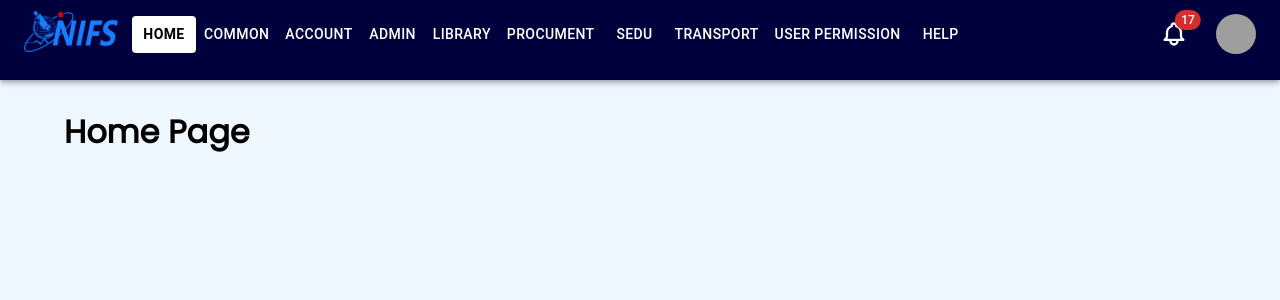
Repository: virangaj/NIFS-WebApp
Page: / (app in client/)
The author's editor kept a copy of each file at every save. The page is drawn from the files as they stood at one save, then again after a run of saves.
The browser window is 1280 px wide. The pictures show the whole page.
Pictures or frames that could not be fetched are drawn as grey boxes. The project was rebuilt for these pictures with package versions that can differ from the ones it lists, and the page was loaded fresh each time. Also part of the build but not shown: client/src/pages/Login.tsx, client/src/components/Transport/shared/TransportNavbar.js, client/src/pages/TransportMainPage.tsx, client/src/components/shared/SecondaryNavbar.tsx, client/src/pages/CommonMainPage.tsx, client/src/pages/AccountMainPage.tsx, client/src/pages/AdminMainPage.tsx, client/src/pages/LibraryMainPage.js and 16 more.

Above is the page before, as saved 2022-07-28 09:53:14.

### client/public/index.html
<!DOCTYPE html>
<html lang="en">
	<head>
		<meta charset="utf-8" />
		<link rel="icon" href="nifs_logo.png" />
		<meta name="viewport" content="width=device-width, initial-scale=1" />
		<meta name="theme-color" content="#000000" />
		<meta
			name="description"
			content="Web site created using create-react-app"
		/>
		<link rel="apple-touch-icon" href="%PUBLIC_URL%/logo192.png" />
		<!--
      manifest.json provides metadata used when your web app is installed on a
      user's mobile device or desktop. See https://developers.google.com/web/fundamentals/web-app-manifest/
    -->
		<link rel="manifest" href="%PUBLIC_URL%/manifest.json" />
		<!--
      Notice the use of %PUBLIC_URL% in the tags above.
      It will be replaced with the URL of the `public` folder during the build.
      Only files inside the `public` folder can be referenced from the HTML.

      Unlike "/favicon.ico" or "favicon.ico", "%PUBLIC_URL%/favicon.ico" will
      work correctly both with client-side routing and a non-root public URL.
      Learn how to configure a non-root public URL by running `npm run build`.
    -->
		<link
			href="https://fonts.googleapis.com/css?family=Poppins"
			rel="stylesheet"
		/>
		<title>NIFS Dashboard</title>
	</head>
	<body>
		<noscript>You need to enable JavaScript to run this app.</noscript>
		<div id="root"></div>
		<!--
      This HTML file is a template.
      If you open it directly in the browser, you will see an empty page.

      You can add webfonts, meta tags, or analytics to this file.
      The build step will place the bundled scripts into the <body> tag.

      To begin the development, run `npm start` or `yarn start`.
      To create a production bundle, use `npm run build` or `yarn build`.
    -->
	</body>
</html>

### client/src/index.css
* {
  margin: 0;
}

body {
  font-family: 'Poppins';
  -webkit-font-smoothing: antialiased;
  -moz-osx-font-smoothing: grayscale;
  background-color: aliceblue;
}

:root {
  --main-navbar-back: #00003c;
  --nav-title-section-back: rgba(4, 34, 80, 0.589);
  --white: #fff;
  --black: #000;
  --gray: rgba(68, 68, 68, 0.432);
  --border-radius: 10px;
  --pimary: rgb(10, 94, 133);
  --warning: #ed3d63;
}


.nav-logo {
  width: 100px;
  height: auto;
}

a {
  text-decoration: none;
}


/* main navbar */
.main-navbar {
  background-color: var(--main-navbar-back) !important;
  width: 100% !important;
  height: 80px !important;

}



/* secondary navbar */
.secondary-navbar {
  margin: auto;
}

.nav-flex-section {
  display: flex;
  justify-content: center;
}

.nav-flex-inside {
  margin-left: 5px;
  margin-left: 5px;
}

.nav-title {
  font-size: 15px;
  text-align: center;
  color: var(--white);
  font-weight: 600;

}

.nav-title-section {
  border-radius: var(--border-radius);
  background-color: var(--nav-title-section-back);
  box-shadow: rgba(100, 100, 111, 0.2) 0px 7px 29px 0px;
  pointer-events: none;
  margin-left: 10px;
  margin-left: 10px;
}

.nav-icon {
  font-size: 30px;
}

.nav-link {
  display: flex;
  flex-direction: column;
  align-items: center;
  font-size: 14px;
  margin-left: 10px;
  margin-left: 10px;
  border: none;
  box-shadow: rgba(100, 100, 111, 0.2) 0px 7px 29px 0px;
  padding: 4px 8px 6px 8px;
  margin-bottom: 10px;
  text-align: center;
  width: 125px;
  border-radius: var(--border-radius);
  background-color: var(--white);
  outline: none;
  height: 100px;

}

.nav-link:hover {
  color: var(--pimary);
  cursor: pointer;
  box-shadow: rgba(81, 146, 177, 0.2) 0px 7px 29px 0px;
  background-color: rgb(254, 255, 205);
  border-bottom: 2px solid var(--warning);

}


.nav-link:active {
  color: var(--pimary);
  cursor: pointer;
  box-shadow: rgba(81, 146, 177, 0.2) 0px 7px 29px 0px;
  background-color: rgb(205, 248, 255);
  border-bottom: 2px solid var(--warning);
}

.nav-link-active {
  color: var(--pimary);
  cursor: pointer;
  box-shadow: rgba(81, 146, 177, 0.2) 0px 7px 29px 0px;
  background-color: rgb(205, 248, 255);
  border-bottom: 2px solid var(--warning);
}

/* body content*/
.body-content {
  margin: auto;
  width: 90%;
  margin-top: 15vh;

}

/* main page content */
.main-content {
  width: 90%;
  margin: auto;
  margin-top: 20px;
}

/* sub page content */

.sub-body-content {
  border: 2px solid var(--gray);
  border-radius: var(--border-radius);
  padding: 10px;
}

.sub-body-title {
  font-size: 24px;
}



/* error page */
.error-page {
  border: 2px solid var(--gray);
  border-radius: var(--border-radius);
  height: 50vh;
  width: 50vw;
  margin: auto;
  margin-top: 50px;
}

.error-page-content {
  text-align: center;
  margin-top: 50px;
}

.error-page-content h1 {
  font-size: 100px;
  color: var(--warning);
  font-weight: 700;
  pointer-events: none;

}

.error-page-content p {
  font-size: 20px;
  margin-bottom: 20px;
  pointer-events: none;
}

### client/src/App.tsx
import React, { useEffect } from 'react';
import Navbar from './components/shared/Navbar';
import Login from './pages/Login'
import { BrowserRouter as Router, Route, Routes } from 'react-router-dom'
import Home from './pages/Home';
import TransportMainPage from './pages/TransportMainPage';
import CommonMainPage from './pages/CommonMainPage';
import AccountMainPage from './pages/AccountMainPage';
import AdminMainPage from './pages/AdminMainPage';
import LibraryMainPage from './pages/LibraryMainPage';
import ProcumentMainPage from './pages/ProcumentMainPage';
import SeduMainPage from './pages/SeduMainPage';
import UserPermissionMainPage from './pages/UserPermissionMainPage';
import NotificationMainPage from './pages/NotificationMainPage';
import HelpMainPage from './pages/HelpMainPage';
import ErrorPage from './pages/ErrorPage';


function App() {


  return (
    <Router>
      <Navbar />

      <Routes>

        <Route path="/login" element={<Login />} />
        <Route path="/" element={<Home />} />
        <Route path="/common/*" element={<CommonMainPage />} />
        <Route path="/account/*" element={<AccountMainPage />} />
        <Route path="/admin/*" element={<AdminMainPage />} />
        <Route path="/library/*" element={<LibraryMainPage />} />
        <Route path="/procument/*" element={<ProcumentMainPage />} />
        <Route path="/sedu/*" element={<SeduMainPage />} />
        <Route path="/transport/*" element={<TransportMainPage />} />
        <Route
          path="/user-permission/*"
          element={<UserPermissionMainPage />}
        />
        <Route
          path="/notification/*"
          element={<NotificationMainPage />}
        />
        <Route path="/help/*" element={<HelpMainPage />} />
        <Route path="/error-404" element={<ErrorPage />} />
      </Routes>


    </Router>
  );
}

export default App;

### client/src/components/shared/Navbar.tsx
import * as React from 'react';
import AppBar from '@mui/material/AppBar';
import Box from '@mui/material/Box';
import Toolbar from '@mui/material/Toolbar';
import IconButton from '@mui/material/IconButton';
import Typography from '@mui/material/Typography';
import Menu from '@mui/material/Menu';
import Container from '@mui/material/Container';
import Avatar from '@mui/material/Avatar';
import Button from '@mui/material/Button';
import Tooltip from '@mui/material/Tooltip';
import MenuItem from '@mui/material/MenuItem';
import { HiMenuAlt2, HiOutlineBell } from "react-icons/hi";
import Badge from '@mui/material/Badge';
import Logo from '../../images/nifs_logo.png'
import { Link, useLocation } from 'react-router-dom';
import Pages from '../sampleData/MainNavPages.json';

const settings = [
    {
        id: 0,
        title: 'Login',
        link: '/login',
    },
];
const Navbar = () => {

    // nav bar function and variables
    const location: any = useLocation();

    const [anchorElNav, setAnchorElNav] = React.useState<null | HTMLElement>(null);
    const [anchorElUser, setAnchorElUser] = React.useState<null | HTMLElement>(null);

    const handleOpenNavMenu = (event: React.MouseEvent<HTMLElement>) => {
        setAnchorElNav(event.currentTarget);
    };
    const handleOpenUserMenu = (event: React.MouseEvent<HTMLElement>) => {
        setAnchorElUser(event.currentTarget);
    };

    const handleCloseNavMenu = () => {
        setAnchorElNav(null);
    };

    const handleCloseUserMenu = () => {
        setAnchorElUser(null);
    };

    return (
        <AppBar position="fixed" className="main-navbar">
            <Container maxWidth="xl">
                <Toolbar disableGutters>
                    {/*Responsive view start here  */}
                    <Box sx={{ display: { xs: 'none', md: 'flex' }, mr: 1 }}>
                        <Link to='/'>
                            <img src={Logo} alt="logo" className="nav-logo" />
                        </Link>
                    </Box>


                    <Box sx={{ flexGrow: 1, display: { xs: 'flex', md: 'none' } }}>
                        <IconButton
                            size="large"
                            aria-label="account of current user"
                            aria-controls="menu-appbar"
                            aria-haspopup="true"
                            onClick={handleOpenNavMenu}
                            color="inherit"
                        >
                            <HiMenuAlt2 />
                        </IconButton>
                        <Menu
                            id="menu-appbar"
                            anchorEl={anchorElNav}
                            anchorOrigin={{
                                vertical: 'bottom',
                                horizontal: 'left',
                            }}
                            keepMounted
                            transformOrigin={{
                                vertical: 'top',
                                horizontal: 'left',
                            }}
                            open={Boolean(anchorElNav)}
                            onClose={handleCloseNavMenu}
                            sx={{
                                display: { xs: 'block', md: 'none' },
                            }}
                        >
                            {Pages && Pages.map((page, index) => (
                                location.pathname.split('/')[1] === page.link.split('/')[1] ?
                                    <Link to={page.link} style={{ textDecoration: 'none' }} key={index}>
                                        <Button

                                            onClick={handleCloseNavMenu}
                                            sx={{ my: 2, color: 'white', display: 'block' }}
                                            style={{ backgroundColor: '#000', color: '#fff', fontWeight: 700 }}
                                        >
                                            {page.title}
                                        </Button>
                                    </Link>
                                    :
                                    <Link to={page.link} style={{ textDecoration: 'none' }} key={index}>
                                        <Button
                                            key={page.id}
                                            onClick={handleCloseNavMenu}
                                            sx={{ my: 2, color: 'white', display: 'block' }}
                                            style={{ backgroundColor: '#fff', color: '#000' }}
                                        >
                                            {page.title}
                                        </Button>
                                    </Link>
                            ))}
                        </Menu>
                    </Box>
                    {/* Responsive view ends here */}

                    {/* Full width starts here */}
                    <Box
                        sx={{
                            mr: 2,
                            display: { xs: 'flex', md: 'none' },
                            flexGrow: 1,
                        }}
                    >
                        <Link to='/'>
                            <img src={Logo} alt="logo" className="nav-logo" />
                        </Link>
                    </Box>

                    <Box sx={{ flexGrow: 1, display: { xs: 'none', md: 'flex' } }}>
                        {Pages.map((page, index) => (
                            location.pathname.split('/')[1] === page.link.split('/')[1] ?
                                <Link to={page.link} style={{ textDecoration: 'none' }} key={index}>
                                    <Button
                                        onClick={handleCloseNavMenu}
                                        sx={{ my: 2, color: 'white', display: 'block' }}
                                        style={{ backgroundColor: '#fff', color: '#000', fontWeight: 700 }}


                                    >
                                        {page.title}
                                    </Button>
                                </Link>
                                :
                                <Link to={page.link} style={{ textDecoration: 'none' }} key={index}>
                                    <Button
                                        key={page.id}
                                        onClick={handleCloseNavMenu}
                                        sx={{ my: 2, color: 'white', display: 'block' }}

                                    >
                                        {page.title}
                                    </Button>
                                </Link>
                        ))}
                    </Box>
                    <IconButton
                        size="large"
                        aria-label="show 17 new notifications"
                        color="inherit"
                        sx={{ mr: 2 }}
                    >
                        <Badge badgeContent={17} color="error">
                            <HiOutlineBell />
                        </Badge>
                    </IconButton>
                    <Box sx={{ flexGrow: 0 }}>
                        <Tooltip title="Open settings">
                            <IconButton onClick={handleOpenUserMenu} sx={{ p: 0 }}>
                                <Avatar alt="Remy Sharp" src="/static/images/avatar/2.jpg" />
                            </IconButton>
                        </Tooltip>
                        <Menu
                            sx={{ mt: '45px' }}
                            id="menu-appbar"
                            anchorEl={anchorElUser}
                            anchorOrigin={{
                                vertical: 'top',
                                horizontal: 'right',
                            }}
                            keepMounted
                            transformOrigin={{
                                vertical: 'top',
                                horizontal: 'right',
                            }}
                            open={Boolean(anchorElUser)}
                            onClose={handleCloseUserMenu}
                        >
                            {settings && settings.map((setting, index) => (
                                <MenuItem key={index} onClick={handleCloseUserMenu}>
                                    <Typography textAlign="center">{setting.title}</Typography>
                                </MenuItem>
                            ))}
                        </Menu>
                    </Box>
                </Toolbar>
            </Container>
        </AppBar>
    );
};
export default Navbar;

### client/src/pages/Home.tsx
import React from 'react';

function Home() {
	return (
		<div className="body-content">
			<h1>Home Page</h1>
		</div>
	);
}

export default Home;

### client/src/components/sampleData/MainNavPages.json
[
    {
        "id": 0,
        "title": "Home",
        "link": "/"
    },
    {
        "id": 1,
        "title": "Common",
        "link": "/common"
    },
    {
        "id": 2,
        "title": "Account",
        "link": "/account"
    },
    {
        "id": 3,
        "title": "Admin",
        "link": "/admin"
    },
    {
        "id": 4,
        "title": "Library",
        "link": "/library"
    },
    {
        "id": 5,
        "title": "Procument",
        "link": "/procument"
    },
    {
        "id": 6,
        "title": "SEDU",
        "link": "/sedu"
    },
    {
        "id": 7,
        "title": "Transport",
        "link": "/transport"
    },
    {
        "id": 8,
        "title": "User Permission",
        "link": "/user-permission"
    },
    {
        "id": 10,
        "title": "Help",
        "link": "/help"
    }
]

Loaded but not shown: client/src/index.tsx (common file); client/src/reportWebVitals.ts (common file)

After the next 2 saves:
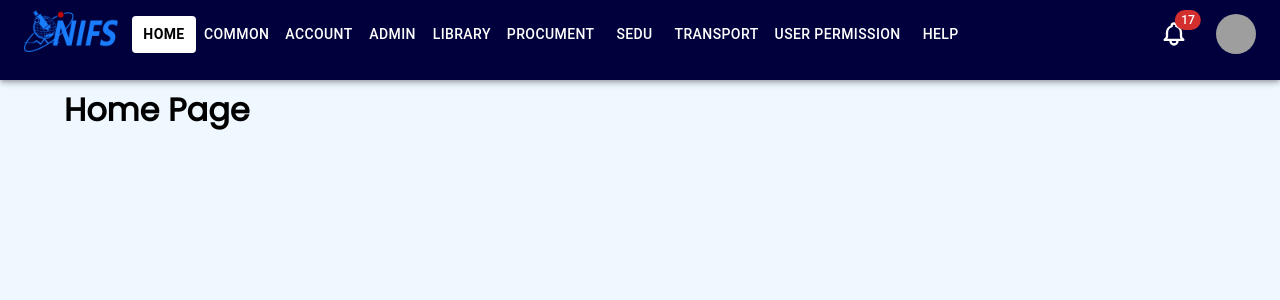
The 2 saves are shown as one change because they came seconds apart.
The last was saved 6 s later.
--- a/client/src/index.css
+++ b/client/src/index.css
@@ -127,7 +127,7 @@ a {
 .body-content {
   margin: auto;
   width: 90%;
-  margin-top: 15vh;
+  margin-top: 12vh;
 
 }
 
